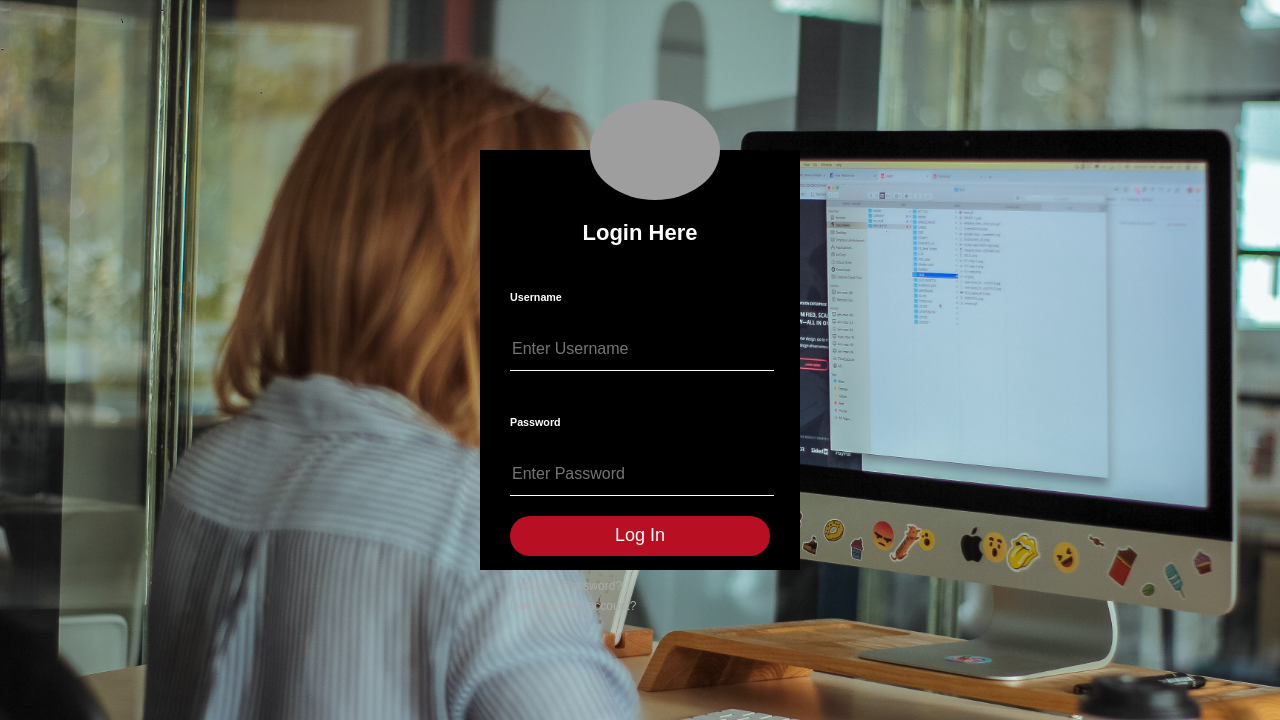
Repository: MyselfAman/Login_Page_Servlet
Page: http://localhost/Login_Page/login.jsp
These files come from the project's save history. The page is drawn as it stood at one moment and after the next save; the edit follows.
The browser window is 1280 px wide. The pictures show the whole page.
Pictures or frames that could not be fetched are drawn as grey boxes. The page is served by Tomcat 9. Other server files are loaded and not shown.

Above is the page before, as saved 2019-08-08 04:25:38.

### Login_Page/WebContent/login.jsp
<%@ page language="java" contentType="text/html; charset=ISO-8859-1"
    pageEncoding="ISO-8859-1"%>
<!DOCTYPE html>
<html>
<head>
<meta charset="ISO-8859-1">
<title>LearnToCode | Login</title>
 <link href="style.css" rel="stylesheet" type="text/css">
</head>
<body>
 <div class="login-box">
      <img src="img/logo1.png" class="logo" alt="Avatar Image">
      <h1>Login Here</h1>
      <form action="login" method="post">
        <!-- USERNAME INPUT -->
        <h6>Username</h6>
        <input type="text" placeholder="Enter Username" name="username">
        <!-- PASSWORD INPUT -->
        <h6 for="password">Password</h6>
        <input type="password" placeholder="Enter Password" name="password">
        <input type="submit" value="Log In">
        <a href="#">Lost your Password?</a><br>
        <a href="#">Don't have An account?</a>
      </form>
    </div>
</body>
</html>

### Login_Page/WebContent/style.css
@charset "ISO-8859-1";


body {
  margin: 0;
  padding: 0;
  background: url(../images/code.jpg) no-repeat center top;
  background-size: cover;
  font-family: sans-serif;
  height: 100vh;
}

.login-box {
  width: 320px;
  height: 420px;
  background: #000;
  color: #fff;
  top: 50%;
  left: 50%;
  position: absolute;
  transform: translate(-50%, -50%);
  box-sizing: border-box;
  padding: 70px 30px;
}

.login-box .logo {
  width: 130px;
  height: 100px;
  border-radius: 50%;
  position: absolute;
  top: -50px;
  left: calc(50% - 50px);
}

.login-box h1 {
  margin: 0;
  padding: 0 0 20px;
  text-align: center;
  font-size: 22px;
}

.login-box label {
  margin: 0;
  padding: 0;
  font-weight: bold;
  display: block;
}

.login-box input {
  width: 100%;
  margin-bottom: 20px;
}

.login-box input[type="text"], .login-box input[type="password"] {
  border: none;
  border-bottom: 1px solid #fff;
  background: transparent;
  outline: none;
  height: 40px;
  color: #fff;
  font-size: 16px;
}

.login-box input[type="submit"] {
  border: none;
  outline: none;
  height: 40px;
  background: #b80f22;
  color: #fff;
  font-size: 18px;
  border-radius: 20px;
}

.login-box input[type="submit"]:hover {
  cursor: pointer;
  background: #ffc107;
  color: #000;
}

.login-box a {
  text-decoration: none;
  font-size: 12px;
  line-height: 20px;
  color: darkgrey;
}

.login-box a:hover {
  color: #fff;
}

After the next save:
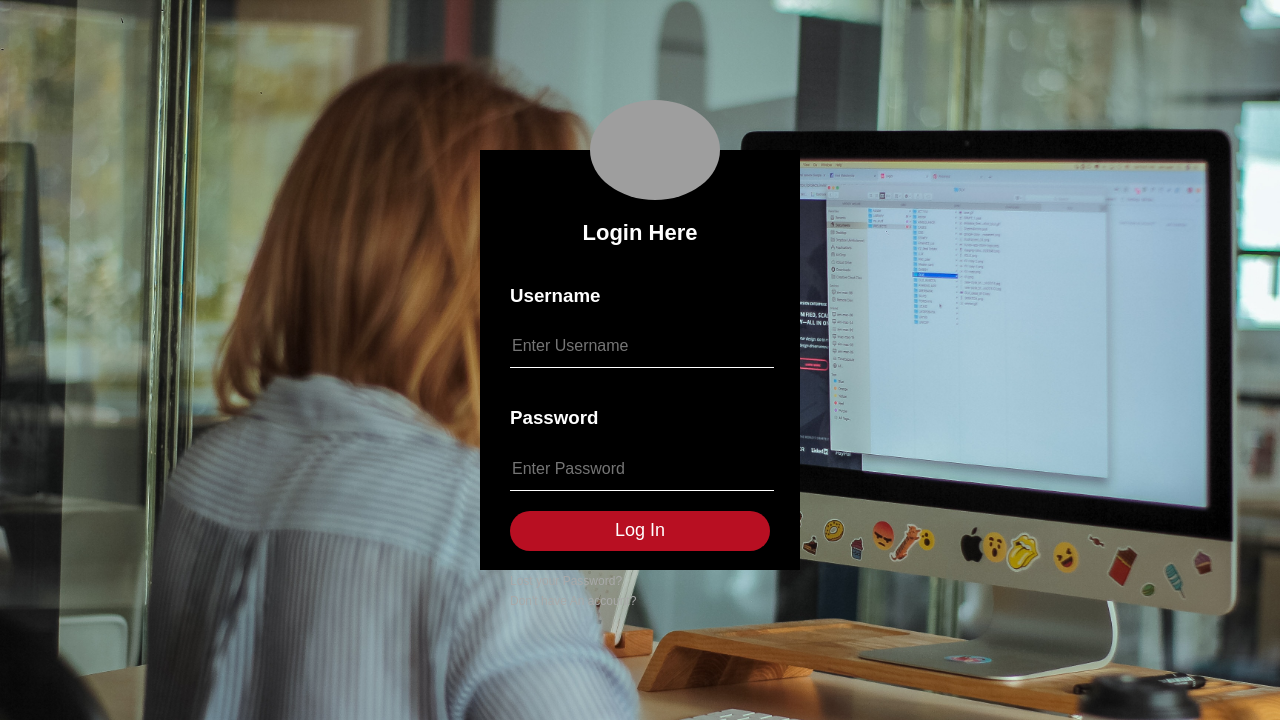
Saved 34 s later.
--- a/Login_Page/WebContent/login.jsp
+++ b/Login_Page/WebContent/login.jsp
@@ -13,10 +13,10 @@
       <h1>Login Here</h1>
       <form action="login" method="post">
         <!-- USERNAME INPUT -->
-        <h6>Username</h6>
+        <h3>Username</h3>
         <input type="text" placeholder="Enter Username" name="username">
         <!-- PASSWORD INPUT -->
-        <h6 for="password">Password</h6>
+        <h3 for="password">Password</h3>
         <input type="password" placeholder="Enter Password" name="password">
         <input type="submit" value="Log In">
         <a href="#">Lost your Password?</a><br>
